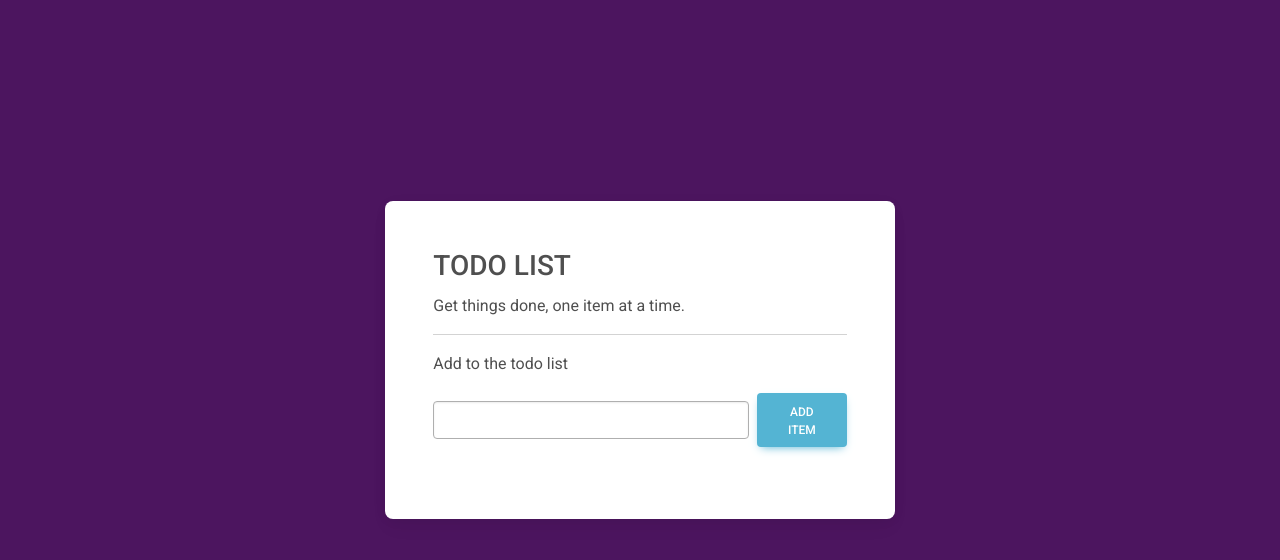
Repository: TinhTT336/MD02_HACKATHON01_HN_JV230620_BS_TranThiTinh_Basic
Page: /
An editor plug-in stored every save of this project. The page is shown before and after the next save, followed by the edit.
The browser window is 1280 px wide. The pictures show the whole page.
Some web libraries are served in a nearby version. The project was rebuilt for these pictures with package versions that can differ from the ones it lists, and the page was loaded fresh each time. Also part of the build but not shown: vite.config.js, src/App.css.

Above is the page before, as saved 2023-09-05 11:07:55.

### index.html
<!DOCTYPE html>
<html lang="en">
  <head>
    <meta charset="UTF-8" />
    <link rel="icon" type="image/svg+xml" href="/vite.svg" />
    <meta name="viewport" content="width=device-width, initial-scale=1.0" />
    <title>Vite + React</title>
    <link
      href="https://cdnjs.cloudflare.com/ajax/libs/font-awesome/6.0.0/css/all.min.css"
      rel="stylesheet"
    />
    <link
      href="https://fonts.googleapis.com/css?family=Roboto:300,400,500,700&display=swap"
      rel="stylesheet"
    />
    <link
      href="https://cdnjs.cloudflare.com/ajax/libs/mdb-ui-kit/6.2.0/mdb.min.css"
      rel="stylesheet"
    />
  </head>
  <body>
    <div id="root"></div>
    <script type="module" src="/src/main.jsx"></script>
  </body>
</html>

### src/App.jsx
import { useState } from 'react'
import './App.css'
import TodoList from './TodoList/todoList'

function App() {
  const [count, setCount] = useState(0)

  return (
    <>
      <TodoList />
    </>
  )
}

export default App

### src/index.css
/* :root {
  font-family: Inter, system-ui, Avenir, Helvetica, Arial, sans-serif;
  line-height: 1.5;
  font-weight: 400;

  color-scheme: light dark;
  color: rgba(255, 255, 255, 0.87);
  background-color: #242424;

  font-synthesis: none;
  text-rendering: optimizeLegibility;
  -webkit-font-smoothing: antialiased;
  -moz-osx-font-smoothing: grayscale;
  -webkit-text-size-adjust: 100%;
}

a {
  font-weight: 500;
  color: #646cff;
  text-decoration: inherit;
}
a:hover {
  color: #535bf2;
}

body {
  margin: 0;
  display: flex;
  place-items: center;
  min-width: 320px;
  min-height: 100vh;
}

h1 {
  font-size: 3.2em;
  line-height: 1.1;
}

button {
  border-radius: 8px;
  border: 1px solid transparent;
  padding: 0.6em 1.2em;
  font-size: 1em;
  font-weight: 500;
  font-family: inherit;
  background-color: #1a1a1a;
  cursor: pointer;
  transition: border-color 0.25s;
}
button:hover {
  border-color: #646cff;
}
button:focus,
button:focus-visible {
  outline: 4px auto -webkit-focus-ring-color;
}

@media (prefers-color-scheme: light) {
  :root {
    color: #213547;
    background-color: #ffffff;
  }
  a:hover {
    color: #747bff;
  }
  button {
    background-color: #f9f9f9;
  }
} */
body {
  background-color: #4c155f !important;
}
.vh-100 {
  width: 50% !important;
  margin: 0 auto !important;
}

### src/TodoList/todoList.jsx
import React, { useRef, useState } from 'react'

export default function TodoList() {
    const [input, setInput] = useState("");
    const [todos, setTodos] = useState(() => {
        const list = JSON.parse(localStorage.getItem("todos")) || [];
        return list;
    });
    const inputRef = useRef();
    const [idEdit, setIdEdit] = useState(null);
    // ham them submit
    const handleSubmit = (e) => {
        e.preventDefault();
        if (input !== "") {
            const newTodo = {
                id: Date.now(),
                title: input,
                status: false,
            }
            const newList = [...todos, newTodo];
            setTodos(newList);
            localStorage.setItem("todos", JSON.stringify(newList));
            setInput("");
            inputRef.current.focus();
        }
        if (idEdit !== -1) {
            const newList = todos.map(t => t.id === idEdit ? (t = { ...t, title: input }) : (t = { ...t }));
            setTodos(newList);
            localStorage.setItem("todos", JSON.stringify(newList));
            inputRef.current.focus();
        }
    }
    // ham xoa
    const handleDelete = (id) => {
        const newList = todos.filter(t => t.id !== id);
        setTodos(newList);
        localStorage.setItem("todos", JSON.stringify(newList));
        inputRef.current.focus();
    }
    // ham sua
    const handleEdit = (id) => {
        const todoEdit = todos.find(t => t.id === id);
        setInput(todoEdit.title);
        setIdEdit(id);
        inputRef.current.focus();
    }
    // ham check
    const handleCheck = (id) => {
        const newList = todos.map(t => t.id === id ? (t = { ...t, status: !t.status }) : (t = { ...t }));
        setTodos(newList);
        localStorage.setItem("todos", JSON.stringify(newList));
        inputRef.current.focus();
    }
    return (
        <div>
            <section className="vh-100 gradient-custom">
                <div className="container py-5 h-100">
                    <div
                        className="row d-flex justify-content-center align-items-center
              h-100"
                    >
                        <div className="col col-xl-10">
                            <div className="card">
                                <div className="card-body p-5">
                                    <h3 style={{ marginBottom: 10 }}>
                                        TODO LIST
                                    </h3>
                                    <p>Get things done, one item at a time.</p>
                                    <hr></hr>
                                    {/* Tabs content */}
                                    <div className="tab-content">
                                        <div className="tab-pane fade show active">
                                            <ul className="list-group mb-0">
                                                {todos.map(t => (
                                                    <li key={t.id}
                                                        className="list-group-item d-flex
                                          align-items-center border-0 mb-2
                                          rounded justify-content-between"
                                                        style={{ backgroundColor: "#f4f6f7" }}
                                                    >
                                                        {t.status === true ? (<s>{t.title}</s>) : (<span>{t.title}</span>)}
                                                        <div>
                                                            <input
                                                                className="form-check-input me-2"
                                                                type="checkbox" checked={t.status === true} onChange={() => handleCheck(t.id)}
                                                            />
                                                            <a className="text-info" title="Sửa công việc" onClick={() => handleEdit(t.id)}>
                                                                <i
                                                                    className="fas
                                                      fa-pencil-alt
                                                      me-3"
                                                                />
                                                            </a>
                                                            <a onClick={() => handleDelete(t.id)}
                                                                className="text-danger"
                                                                title="Xóa công việc"
                                                            >
                                                                <i
                                                                    className="fas
                                                      fa-trash-alt"
                                                                />
                                                            </a>
                                                        </div>
                                                    </li>
                                                ))}
                                            </ul>
                                            <div className="tab-content">
                                                <p>Add to the todo list</p>
                                                <form onSubmit={handleSubmit}
                                                    className="d-flex justify-content-center
                              align-items-center mb-4"
                                                >
                                                    <div className="form-outline flex-fill">
                                                        <input type="text" id="form2" className="form-control" style={{ border: "1px solid #afafaf" }} value={input} onChange={(e) => setInput(e.target.value)} ref={inputRef} />
                                                        {/* <label className="form-label" htmlFor="form2">
                                                            ADD ITEM
                                                        </label> */}
                                                    </div>
                                                    <button
                                                        type="submit"
                                                        className="btn btn-info
                                  ms-2"
                                                    >
                                                        ADD ITEM
                                                    </button>
                                                </form>
                                            </div>
                                        </div>
                                    </div>
                                    {/* Tabs content */}
                                </div>
                            </div>
                        </div>
                    </div>
                </div>
            </section >

        </div >
    )
}

Loaded but not shown: src/main.jsx (common file)

After the next save:
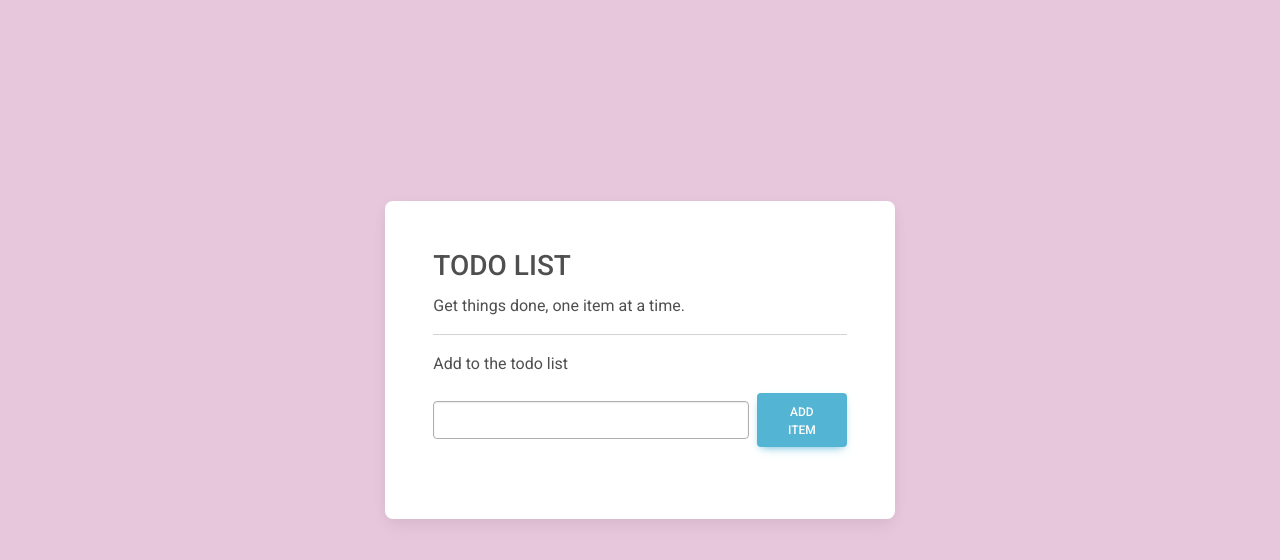
Saved 18 s later.
--- a/src/index.css
+++ b/src/index.css
@@ -68,7 +68,7 @@ button:focus-visible {
   }
 } */
 body {
-  background-color: #4c155f !important;
+  background-color: #e6c7db !important;
 }
 .vh-100 {
   width: 50% !important;
